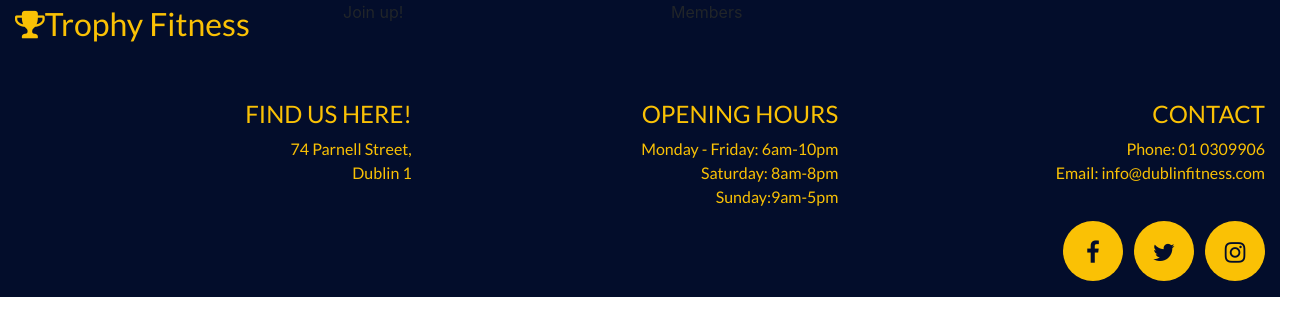
Repository: Code-Institute-Submissions/conbonbom-Milestone-project-1
Page: index.html
The author's editor kept a record of every edit. The page is drawn from the files as they stood at one moment, then again after the next edit.
The browser window is 1280 px wide. The page is 1295 px wide, so the pictures cover 1295 px, including what lies to the right of the window. The pictures show the whole page.

Above is the page before.

After the next edit:
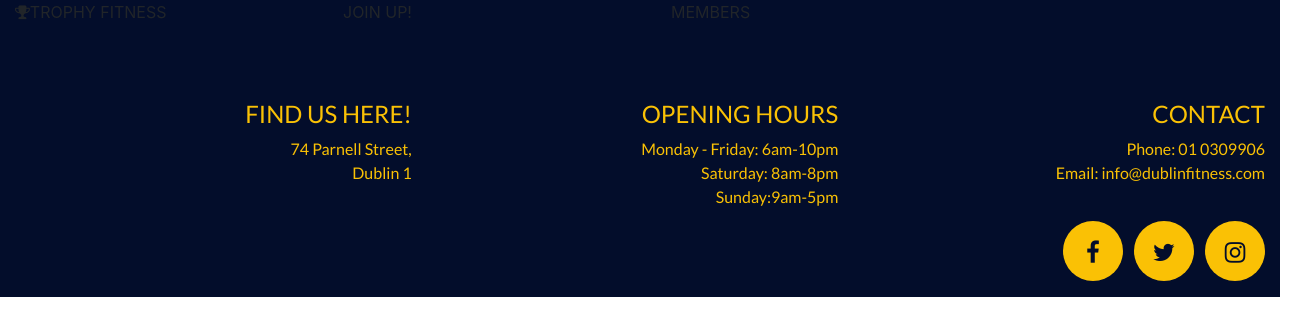
The edit:
--- a/index.html
+++ b/index.html
@@ -15,9 +15,8 @@
     <header>
         <div class="row">
             <div class="col">
-                <ul class="list-inline nav">
+                <ul class="list-inline nav uppercase">
                     <li class="col-6 col-sm-3 list-inline-item nav-item">
-                        <a target="_blank" href="#">
                          <i class="fa fa-trophy"></i>Trophy Fitness
                      </a>
                     </li>
